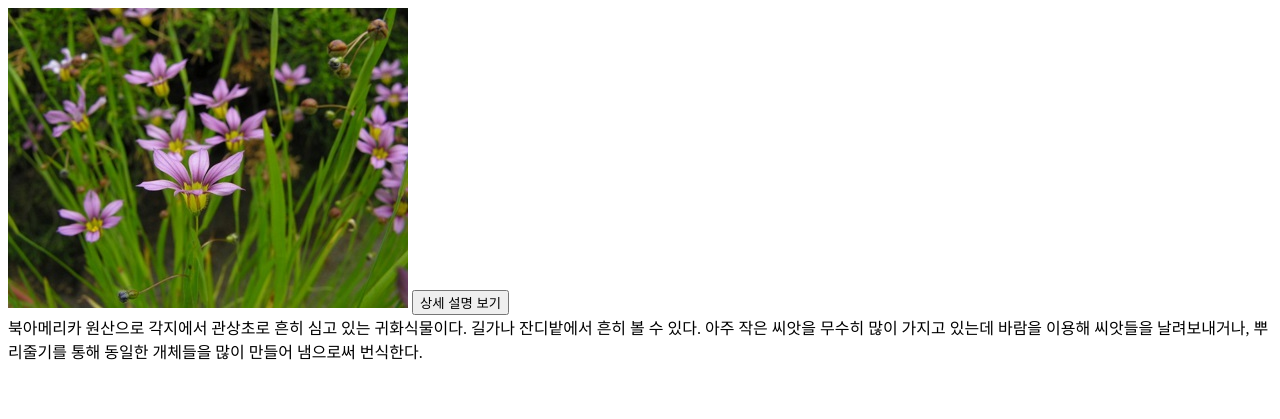
Repository: ady0099/webstudy
Page: 03_javascript/src/main/webapp/day02/ex17_event.html
The author's editor kept a copy of each file at every save. The page is drawn from the files as they stood at one save, then again after the next save.
The browser window is 1280 px wide. The pictures show the whole page.

Above is the page before, as saved 2023-06-28 07:40:23.

After the next save:
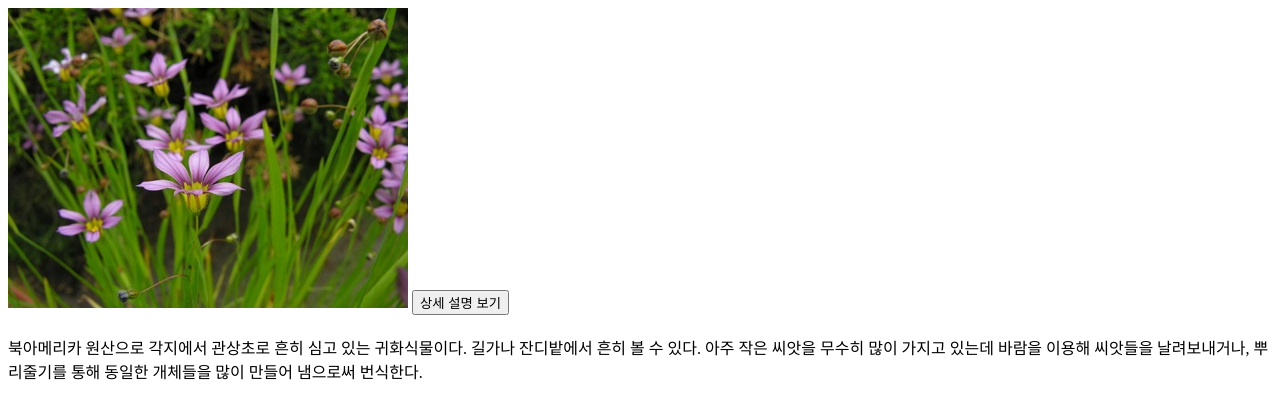
Saved 4 s later.
--- a/03_javascript/src/main/webapp/day02/ex17_event.html
+++ b/03_javascript/src/main/webapp/day02/ex17_event.html
@@ -9,6 +9,7 @@
 			<img alt="" src="../images/flower.jpg">
 			<button class="over" id="open">상세 설명 보기</button>
 			<div id="desc" class="detail">
+			<h2></h2>
 			북아메리카 원산으로 각지에서 관상초로 흔히 심고 있는 귀화식물이다.
 			길가나 잔디밭에서 흔히 볼 수 있다.
 			아주 작은 씨앗을 무수히 많이 가지고 있는데 바람을 이용해 씨앗들을 날려보내거나,
